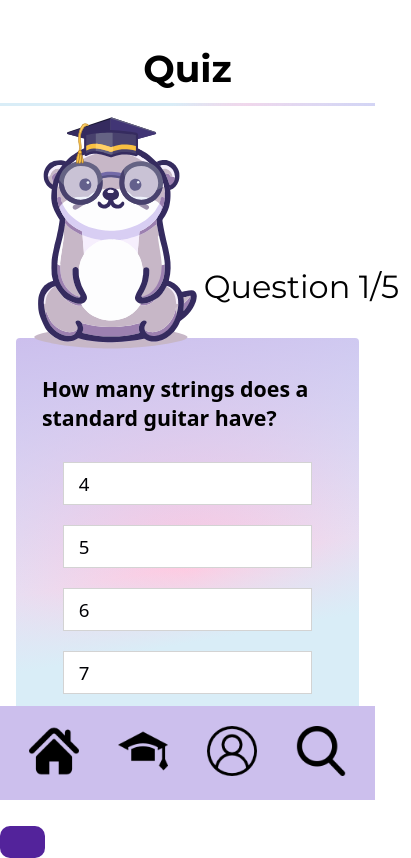
Repository: 1medi/pocketprof
Page: /quiz/page
These files come from the project's save history. The page is drawn as it stood at one moment and after the next save; the edit follows.
The browser window is 375 px wide. The page is 411 px wide, so the pictures cover 411 px, including what lies to the right of the window. The pictures show the whole page.
The project was rebuilt for these pictures with package versions that can differ from the ones it lists, and the page was loaded fresh each time. The framework's server and built-in components were replaced by stand-ins that run in the browser. Also part of the build but not shown: next.config.mjs, Components/Buttons/Oscar/Oscar.module.css, Components/Buttons/Oscar/index.js.

Above is the page before, as saved 2024-04-14 06:34:36.

After the next save:
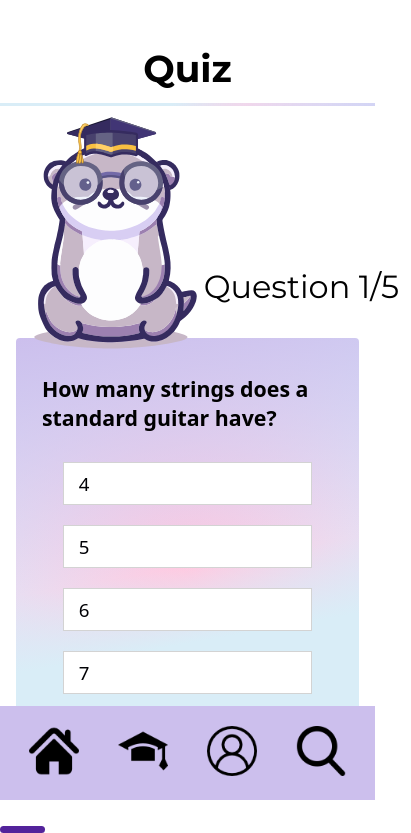
Saved 9 s later.
--- a/pages/quiz/page.module.css
+++ b/pages/quiz/page.module.css
@@ -158,10 +158,10 @@
 .step{
   background-color: var(--main-color-purple);
   transition: background-color 0.5s ease;
-  height:2rem;
+  height:2cqw;
   width: 10em;
   margin-right:30px;
-  border-radius: 10px;
+  border-radius: 8px;
   text-align: center;
 }
 
